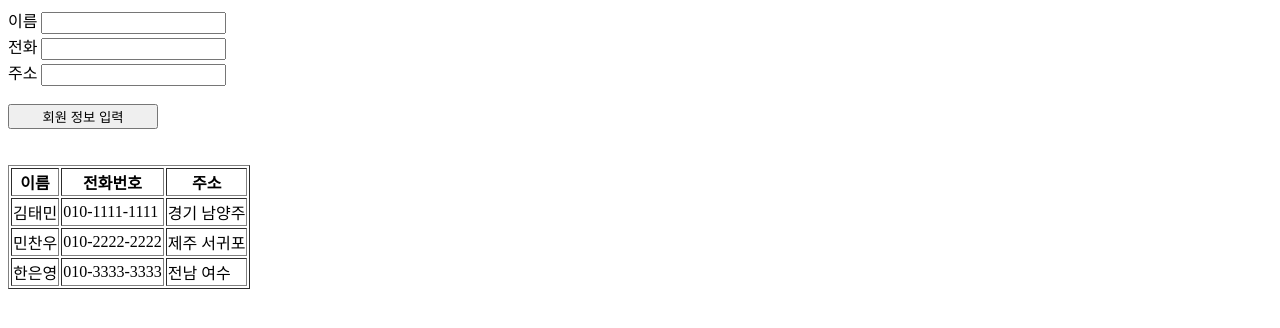
Repository: lolsoyeon/WebStudy
Page: WebApp03/WebContent/Test023.html
The author's editor kept a copy of each file at every save. The page is drawn from the files as they stood at one save, then again after the next save.
The browser window is 1280 px wide. The pictures show the whole page.

Above is the page before, as saved 2022-10-04 03:13:04.

After the next save:
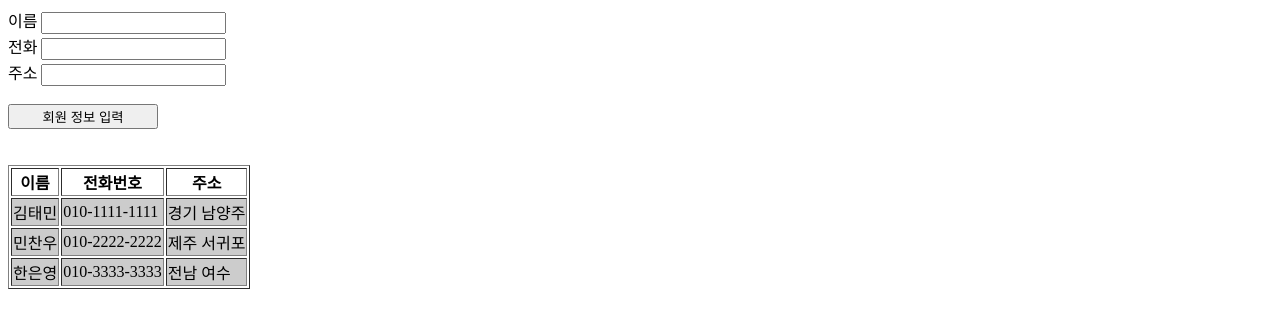
Saved 26 s later.
--- a/WebApp03/WebContent/Test023.html
+++ b/WebApp03/WebContent/Test023.html
@@ -10,6 +10,7 @@
 	input.btn {font-weight: bold; font-family: 맑은 고딕;}
 	.txt {text-align: right;}
 	.btn {width: 150px;}
+	td {background-color: #ccc;}
 	textarea { font-family: 나눔고딕코딩; font-weight: bold;}
 	.txt {text-align: center;}
 </style>
